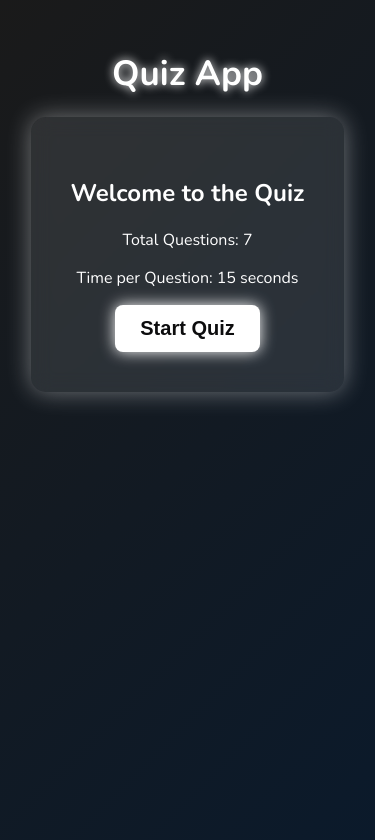
Repository: fatimaqueen9967-eng/SyntacexhubQuizApp
Page: index.html
An editor plug-in stored every save of this project. The page is shown before and after a run of saves, followed by the edit.
The browser window is 375 px wide. The pictures show the whole page.

Above is the page before, as saved 2026-03-15 21:53:10.

### index.html
<!DOCTYPE html>
<html lang="en">
<head>
<meta charset="UTF-8">
<meta name="viewport" content="width=device-width, initial-scale=1.0">
<title>Quiz App</title>
<link rel="stylesheet" href="style.css">
</head>

<body>

<h1 class="title">Quiz App</h1>

<!-- START SCREEN -->

<div id="startScreen" class="start-screen">

<h2>Welcome to the Quiz</h2>

<p>Total Questions: <span id="totalQ"></span></p>
<p>Time per Question: 15 seconds</p>

<button id="startBtn">Start Quiz</button>

</div>

<!-- QUIZ BOX -->

<div class="box hidden">

<div class="progress-bar">
<div id="progress"></div>
</div>

<div class="top-bar">
<span id="counter"></span>
<span id="timer">⏱ 15s</span>
</div>

<div id="question"></div>

<div id="options" class="options"></div>

<div id="answer-info"></div>

<button id="nextBtn">Next</button>

</div>

<!-- RESULT -->

<div id="result" class="result-box hidden">

<div class="circle">
<span id="scorePercent">0%</span>
</div>

<h2>Quiz Result</h2>

<p id="correct"></p>
<p id="wrong"></p>

<button onclick="location.reload()" style="background-color: #f2eff5; color: rgb(8, 8, 8); padding: 10px 20px; border: none; border-radius: 6px; cursor: pointer; font-size: 18px; box-shadow: 0 0 10px rgba(243, 241, 241, 0.3);">Restart Quiz</button>

</div>

<script src="script.js"></script>

</body>
</html>

### style.css

@import url('https://fonts.googleapis.com/css2?family=Nunito:wght@400;600;700;800;900&display=swap');
body{
/* background:linear-gradient(135deg,#89039b,#83005c); */
background: linear-gradient(135deg, #1a1a1a, #0b1a2b);
/* #1a1a1a = dark gray, #0b1a2b = navy */
font-family:Nunito;
display:flex;
flex-direction:column;
align-items:center;
/* justify-content:center; */
min-height:100vh;
margin:0;
color:white;
padding-top: 40px;
}

/* TITLE */

.title{
margin-bottom:20px;
text-shadow:0 0 10px white;
font-size: 50px;
}


/* START SCREEN */

.start-screen{
background:rgba(255,255,255,0.1);
padding:40px;
border-radius:15px;
text-align:center;
box-shadow:0 0 25px rgba(255,255,255,0.4);
backdrop-filter:blur(10px);
animation:fadeIn 1s;
}

.start-screen button{
padding:12px 25px;
border:none;
border-radius:8px;
background:#fff;
color:#0d0d0e;
font-size: 20px;
font-weight:bold;
cursor:pointer;
box-shadow:0 0 15px white;
transition:.3s;
}

.start-screen button:hover{
transform:scale(1.1);
}

/* QUIZ BOX */

.box{
background:white;
color:#333;
width:420px;
max-width:95%;
padding:20px;
border-radius:12px;
box-shadow:0 0 25px rgba(231, 229, 229, 0.3);
animation:fadeIn .5s;
}

.hidden{
display:none;
}

/* PROGRESS BAR */

.progress-bar{
width:100%;
height:8px;
background:#ddd;
border-radius:10px;
overflow:hidden;
margin-bottom:15px;
}

#progress{
height:100%;
width:0%;
/* background:linear-gradient(90deg,#81045c,#6e0169); */
background: linear-gradient(90deg, #121312, #072424);
transition:width .4s;
}

/* TOP BAR */

.top-bar{
display:flex;
justify-content:space-between;
margin-bottom:10px;
font-weight:bold;
}

/* QUESTION */

#question{
font-size:18px;
margin-bottom:15px;
}

/* OPTIONS */

.options button{
display:block;
width:100%;
padding:10px;
margin:8px 0;
border:none;
border-radius:8px;
/* background:#ce2cff; */
color:white;
cursor:pointer;
transition:.3s;
font-size: 20px;
background: #0b1a2b;
/* color: #39ff14;      */
box-shadow: 0 0 8px #0c0c0c;
}

.options button:hover{
transform:scale(1.05);
background:#f3f1f3;
color:#0b1a2b;
box-shadow: 0 0 15px #0c0c0c;
}

/* ANSWERS */

.correct{
background:#1e436d !important;
/* color: #39ff14 !important; */
color: #e3f8f8 !important;
}

.wrong{
background:#e74c3c !important;
}

/* CORRECT ANSWER TEXT */

#answer-info{
margin-top:10px;
font-weight:bold;
color:#0b1a2b;
font-size: 20px;
}

/* NEXT BUTTON */

#nextBtn{
margin-top:15px;
padding:10px 20px;
background:#0b1a2b;
color: #e3f8f8;
  box-shadow: 0 0 10px #111313;

border:none;
border-radius:6px;
cursor:pointer;
font-size: 18px;
}
#nextBtn:hover {
  box-shadow: 0 0 20px #272526;
}


/* RESULT */

.result-box{
text-align:center;
background:rgb(8, 8, 8);
color:#f7f4f4;
padding:30px;
font-size: 18px;
border-radius:12px;
width:350px;
max-width:90%;
box-shadow:0 0 25px rgba(0,0,0,0.3);
}

.circle{
width:150px;
height:150px;
border-radius:50%;
border:12px solid #f0eff1;
display:flex;
align-items:center;
justify-content:center;
font-size:28px;
font-weight:bold;
margin:20px auto;
animation:pop .6s;
border: 10px solid #15142e;
  color: #eef3f3;
  box-shadow: 0 0 15px #f8f6f6;
}
#timer, #counter {
  /* color: #b514ff; */
 color: #0b1a2b;
}

/* ANIMATIONS */

@keyframes pop{
from{transform:scale(.5);opacity:0}
to{transform:scale(1)}
}

@keyframes fadeIn{
from{opacity:0;transform:translateY(20px)}
to{opacity:1}
}

/* RESPONSIVE */

@media(max-width:600px){

.box{
    font-size: 35px;
padding:18px;
}
.title{
font-size:35px;
margin-top: 10px;
text-shadow: 0 0 10px white;
}


#question{
font-size:16px;
padding: 12px;
}

.options button{
font-size:14px;
}

.circle{
width:120px;
height:120px;
font-size:22px;
}

}

### script.js
// Quiz Data
const quizData=[
{
question:"What is the capital of France?",
options:["Berlin","Madrid","Paris","Rome"],
answer:"Paris"
},
{
question:"Full form of HTML?",
options:["Hyper Text Markup Language","High Text Markup Language","Hyper Text Market Language","None"],
answer:"Hyper Text Markup Language"
},
{
question:"Founder of Microsoft?",
options:["Steve Jobs","Bill Gates","Mark Zuckerberg","Elon Musk"],
answer:"Bill Gates"
},
{
question:"Why do we use CSS?",
options:["To structure the content","To style the content","To add interactivity"],
answer:"To style the content"
},
{
question:"DOM stands for?",
options:["Document Object Model","Data Object Model","Document Oriented Model","Data Oriented Model"],
answer:"Document Object Model"
},
{
question:"What does CreateElement do in JavaScript?",
options:["Creates a new HTML element","Deletes an HTML element","Updates an HTML element"],
answer:"Creates a new HTML element"
},
{
question:"What is Bootstrap?",
options:["A CSS framework","A JavaScript library","A Python framework"],
answer:"A CSS framework"
}
]

// DOM Elements
let currentQuestion=0
let score=0
let wrong=0
let timer
let timeLeft=15

const startBtn=document.getElementById("startBtn")
const startScreen=document.getElementById("startScreen")
const totalQ=document.getElementById("totalQ")
const counter=document.getElementById("counter")

const questionEl=document.getElementById("question")
const optionsEl=document.getElementById("options")
const nextBtn=document.getElementById("nextBtn")
const timerEl=document.getElementById("timer")
const progress=document.getElementById("progress")
const answerInfo=document.getElementById("answer-info")

// Show total questions on start screen
totalQ.innerText=quizData.length

// Start Quiz
startBtn.onclick=()=>{
    startScreen.classList.add("hidden")
    document.querySelector(".box").classList.remove("hidden")
    loadQuestion()
}

// Load Question
function loadQuestion(){
    clearInterval(timer)
    timeLeft=15
    startTimer()

    let q=quizData[currentQuestion]
    questionEl.innerText=q.question
    optionsEl.innerHTML=""
    answerInfo.innerHTML=""

    // Progress bar
    progress.style.width=(currentQuestion/quizData.length)*100+"%"

    // Question counter
    counter.innerText=(currentQuestion+1)+" / "+quizData.length

    // Options buttons
    q.options.forEach(option=>{
        let btn=document.createElement("button")
        btn.innerText=option
        btn.onclick=()=>selectAnswer(btn,option,q.answer)
        optionsEl.appendChild(btn)
    })
}

// Timer Function
function startTimer(){
    timerEl.innerText="⏱ "+timeLeft+"s"
    timer=setInterval(()=>{
        timeLeft--
        timerEl.innerText="⏱ "+timeLeft+"s"
        if(timeLeft<=0){
            clearInterval(timer)
            showCorrectAnswer()
        }
    },1000)
}

// Select Answer
function selectAnswer(button,option,correct){
    clearInterval(timer)
    let buttons=document.querySelectorAll(".options button")
    buttons.forEach(btn=>btn.disabled=true)

    if(option===correct){
        button.classList.add("correct")
        score++
    }else{
        button.classList.add("wrong")
        wrong++
        showCorrectAnswer()
    }
}

// Show Correct Answer
function showCorrectAnswer(){
    let q=quizData[currentQuestion]
    let buttons=document.querySelectorAll(".options button")
    buttons.forEach(btn=>{
        if(btn.innerText===q.answer){
            btn.classList.add("correct")
        }
    })
    answerInfo.innerText="Correct Answer: "+q.answer
}

// Next Button
nextBtn.onclick=()=>{
    currentQuestion++
    if(currentQuestion<quizData.length){
        loadQuestion()
    }else{
        showResult()
    }
}

// Show Result
function showResult(){
    document.querySelector(".box").style.display="none"
    let result=document.getElementById("result")
    result.classList.remove("hidden")

    let percent=Math.round((score/quizData.length)*100)
    document.getElementById("scorePercent").innerText=percent+"%"
    document.getElementById("correct").innerText="Correct Answers: "+score
    document.getElementById("wrong").innerText="Wrong Answers: "+wrong
}

After the next 5 saves:
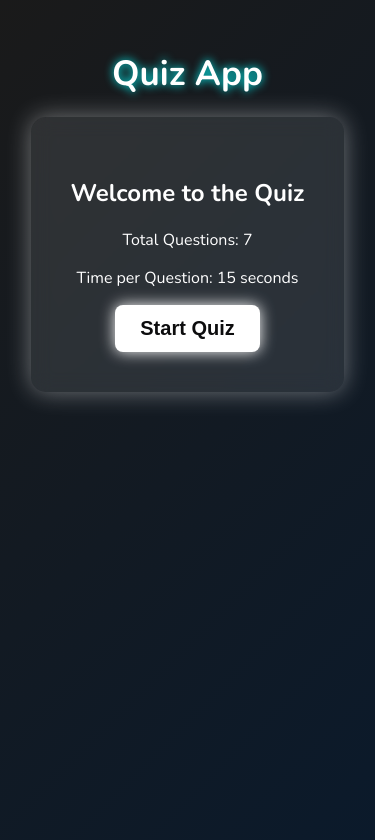
The 5 saves are shown as one change because they came seconds apart.
The last was saved 19 s later.
--- a/style.css
+++ b/style.css
@@ -229,7 +229,7 @@ padding:18px;
 .title{
 font-size:35px;
 margin-top: 10px;
-text-shadow: 0 0 10px white;
+text-shadow: 0 0 10px #00ffff;
 }
 
 
